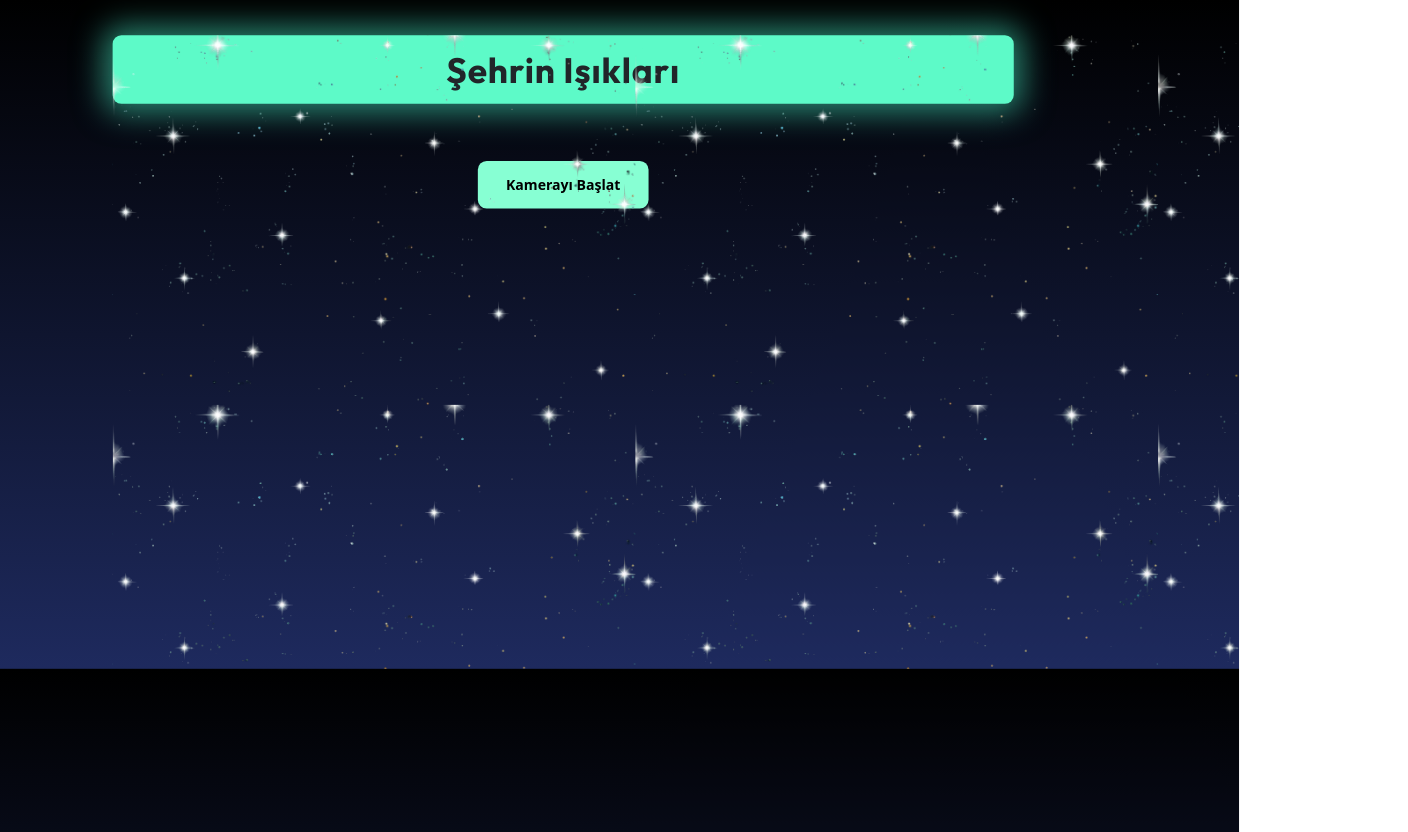
Repository: BiranOrundas/CameraQR
Page: index.html
An editor plug-in stored every save of this project. The page is shown before and after the next save, followed by the edit.
The browser window is 1280 px wide. The page is 1408 px wide, then 1600 px, then 1408 px, so the pictures cover 1600 px, including what lies to the right of the window. The pictures show the whole page, at 88% of full size.

Above is the page before, as saved 2024-08-29 15:41:47.

After the next save:
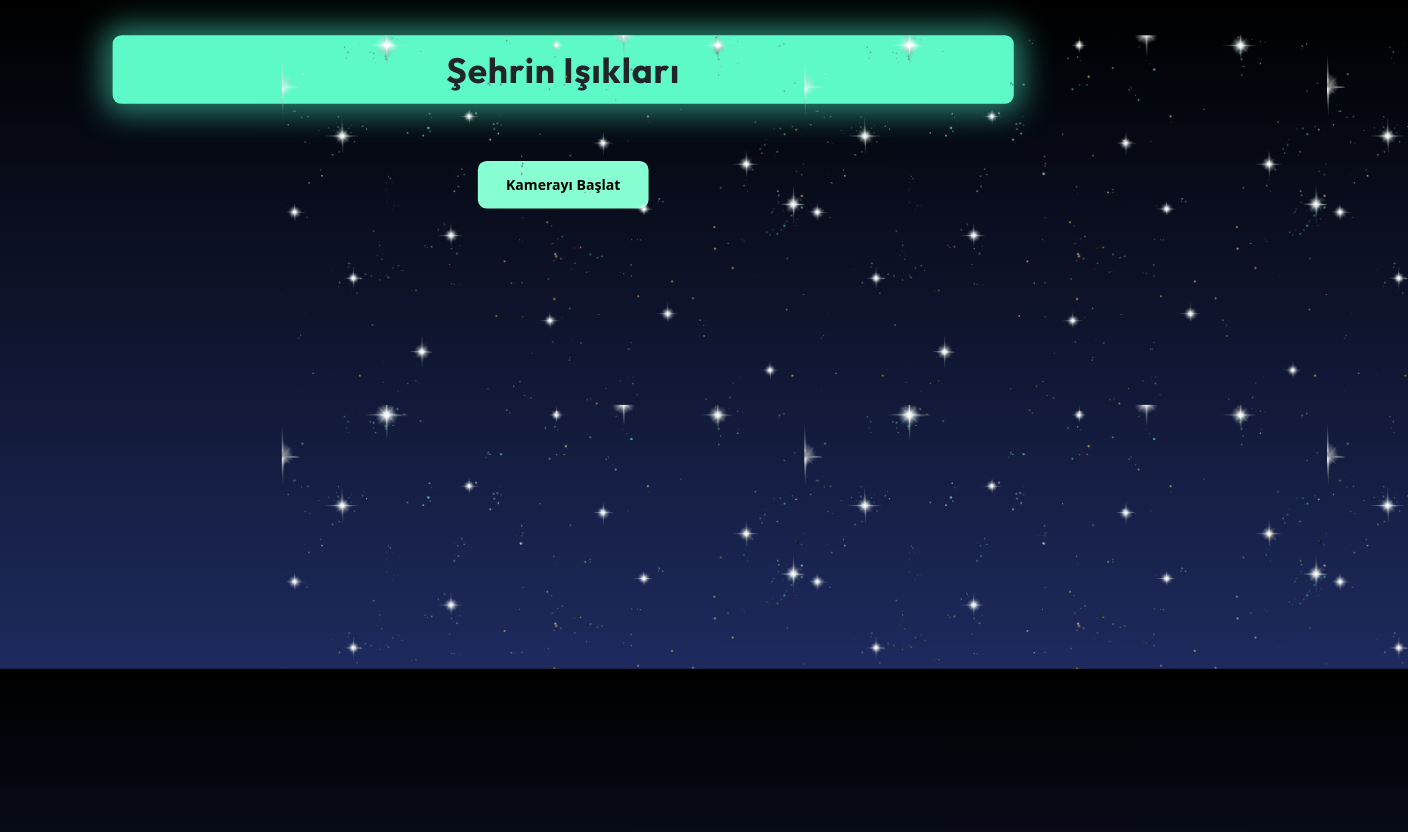
Saved 12 s later.
--- a/style.css
+++ b/style.css
@@ -14,6 +14,7 @@
   background-image: url(stars.png);
   height: 100vh;
   width: 100vw;
+  margin-left: 15vw;
   object-fit: cover;
   z-index: 0;
 }

After the save that followed:
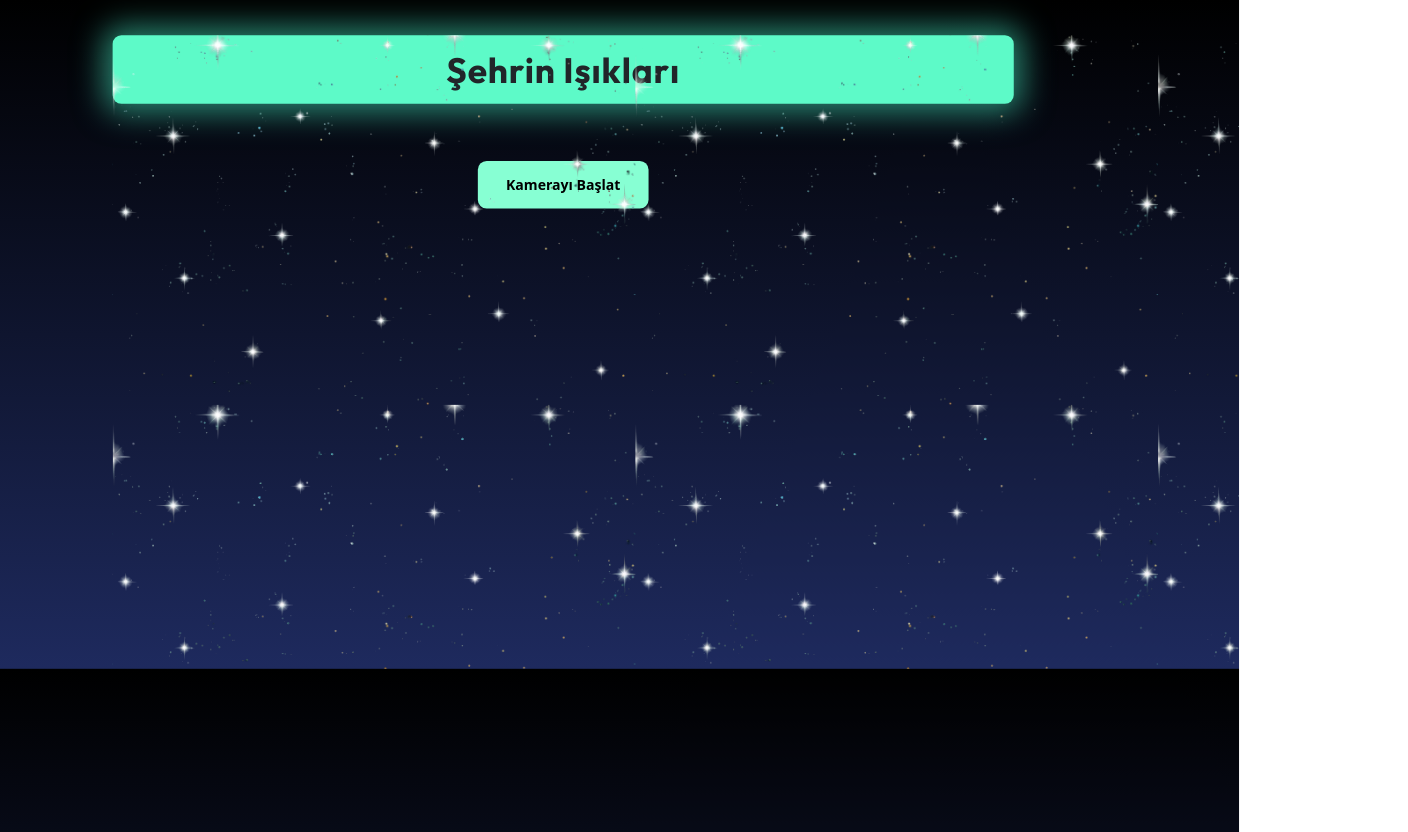
Saved 11 s later.
--- a/style.css
+++ b/style.css
@@ -14,7 +14,7 @@
   background-image: url(stars.png);
   height: 100vh;
   width: 100vw;
-  margin-left: 15vw;
+  margin-right: 15vw;
   object-fit: cover;
   z-index: 0;
 }
